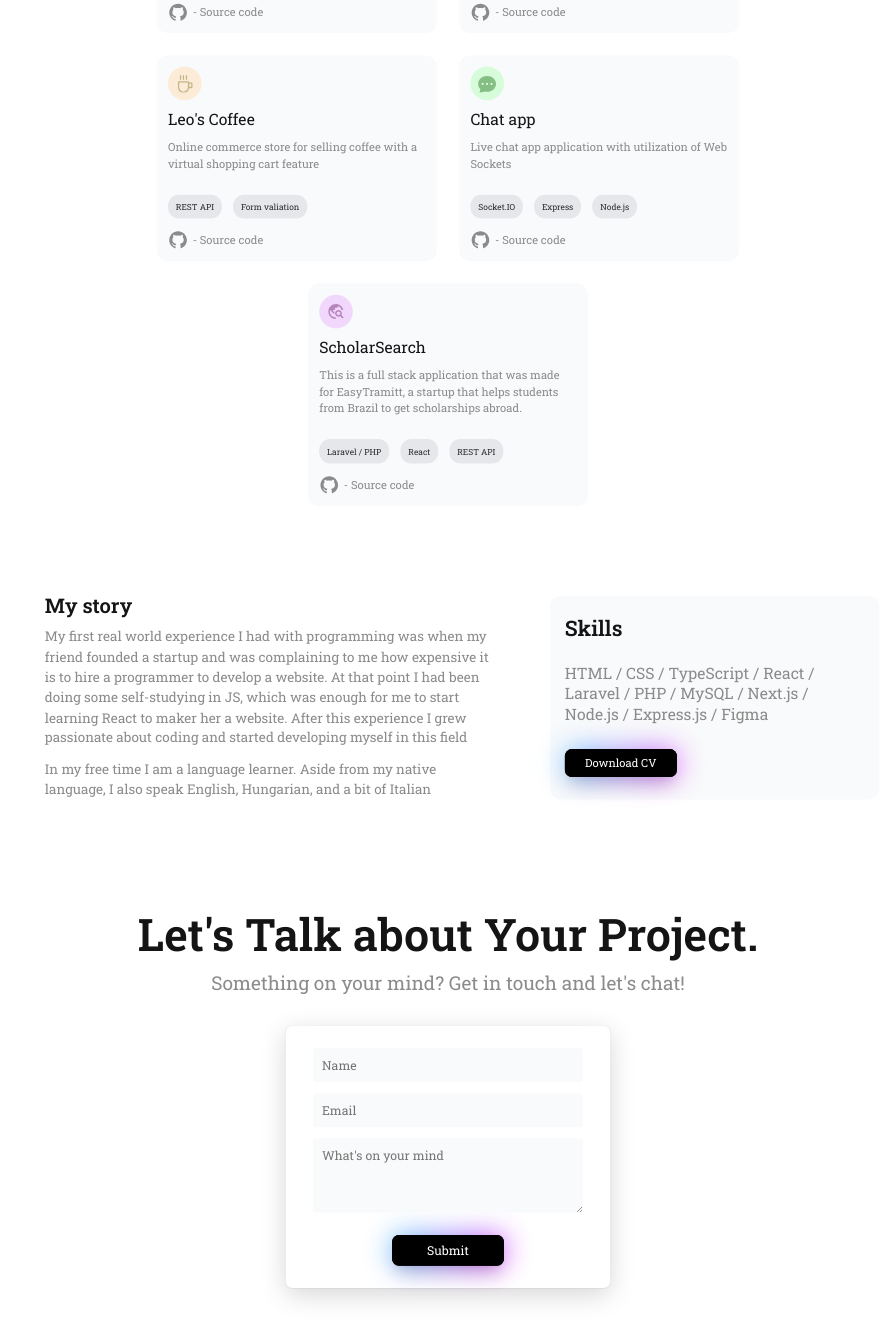
Repository: Leoka2000/portfolio-final
Page: /
The author's editor kept a copy of each file at every save. The page is drawn from the files as they stood at one save, then again after the next save.
The browser window is 1280 px wide. The pictures show the part of the page from y = 1073 to 2993 px (the page is 2993 px tall before and 2965 px after), at 70% of full size.
The page's requests for data from a server got no answer. Some web fonts or font styles are not loaded; a fallback is used. The project was rebuilt for these pictures with package versions that can differ from the ones it lists, and the page was loaded fresh each time. No one was signed in, and anything a server would have sent is missing. Also part of the build but not shown: src/App.css. Imported but missing from the stored project, and not drawn on this page: src/assets/LeoCV.pdf, src/assets/ScholarSearch.mp4.

Above is the page before, as saved 2023-05-11 19:31:17.

### public/index.html
<!DOCTYPE html>
<html lang="en">
  <head>
    <meta charset="utf-8" />
    <link rel="icon" href="%PUBLIC_URL%/favicon.ico" />
    <meta name="viewport" content="width=device-width, initial-scale=1" />
    <meta name="theme-color" content="#000000" />
    <meta
      name="description"
      content="Web site created using create-react-app"
    />
    <link rel="apple-touch-icon" href="%PUBLIC_URL%/logo192.png" />
    <!-- font -->
    <link rel="preconnect" href="https://fonts.googleapis.com">
    <link rel="preconnect" href="https://fonts.gstatic.com" crossorigin>
    <link href="https://fonts.googleapis.com/css2?family=Fira+Sans+Extra+Condensed:wght@300&family=Roboto+Condensed:wght@300&family=Roboto+Slab:wght@400;500;600&display=swap" rel="stylesheet">

    <!-- font -->
    <link rel="manifest" href="%PUBLIC_URL%/manifest.json" />

    <title>React App</title>
  </head>
  <body>
    <noscript>You need to enable JavaScript to run this app.</noscript>
    <div id="root"></div>
    <!--
      This HTML file is a template.
      If you open it directly in the browser, you will see an empty page.

      You can add webfonts, meta tags, or analytics to this file.
      The build step will place the bundled scripts into the <body> tag.

      To begin the development, run `npm start` or `yarn start`.
      To create a production bundle, use `npm run build` or `yarn build`.
    -->
  </body>
</html>

### src/pages/main/home.jsx
import React from 'react'
import Navbar from '../../compontents/navbar/navbar'
import Hero from './hero/hero'
import Work from './work/work-parent'
import About from './about/about'
import Contact from '../contact/contact'


const Home = () => {
  return (
    <>
      <Hero/>
      <Work/>
      <About/>
      <Contact/>
    </>
  )
}

export default Home

### src/compontents/navbar/navbar.css
.nav-navbar {
    display: flex;
    justify-content: flex-start;

    align-items: center;
    height: 90px;
}

.nav-navbar > span {
    display: flex;
    color: var(--h1);
    text-align: center;
    align-items: center;
    justify-content: center;
    background-color: #f5f5f5;
    font-weight: 300;
    padding: 9px 30px;
    border-radius: 30px;
    height: 2rem;
    gap: 1rem;
    width: auto;
    position: absolute;
    right: 30rem;

}
.nav-navbar > span > div {
width: 1.4rem;
border-radius: 100%;
background-color: rgb(101, 223, 101);
height: 1.4rem;
}
.dropdown-menu{
    position: absolute;
    right: 0;
    margin-right: 2rem;


}
.nav-dropdown {
    transform: none;
    transition: all 2s ease-in-out;
    margin-top: 1rem;
    background-color: #f5f5f5;
    position: absolute;
    top: 1;
    right: 0;
    border-radius: 10px;
    width: 10rem;
    height: 8.5rem;
    font-size: 1.2rem;
    transition: all .2s ease-in-out;
    box-shadow: rgba(0, 0, 0, 0.1) 0px 20px 25px -5px, rgba(0, 0, 0, 0.04) 0px 10px 10px -5px;
    opacity:1;
    transition:

     0s linear,
     1s linear;
}
.nav-dropdown::before {
    content: "";
z-index: -1;
position: absolute;
top: 0;
right: 0;
bottom: 0;
left: 0;
background: linear-gradient(-45deg,#e81cff,#40c9ff);
transform: translateZ(0) scale(.95);
filter: blur(20px);
opacity: .6;
transition: .3s;
border-radius: inherit;
transition: all 2s ease-in-out;

}
.dropdown{

    list-style: none;
    display: flex;
 flex-direction: column;
 padding: 1rem;
 transform: none;
 opacity:1;
    transition:

     0s linear,
     1s linear;


}

.dropdown > a {
    list-style: none;
    width: 84%;
    display: flex;
    padding: 0.5rem 1rem 0.5rem 0.7rem;
}
.dropdown > a > a {
    width: 100%;
}
.dropdown a:hover {
    background-color: rgb(219, 219, 219);
    cursor: pointer;
    border-radius: 10px;
    transition: 0.2s;
}
.nav-navbar > div > button {
    background-color: transparent;
    outline: none;
    border: none;
    display: flex;
    align-items: center;
    background-color: #f5f5f5;
    border-radius: 10px;

    padding: 0.8rem;
    justify-content: center;
    gap: 0.2rem;
    cursor: pointer;
    position: relative;
    transition: 0.3s;
}
.nav-navbar > div > button:hover {
background-color: rgb(228, 228, 228);
transform: scale(1.1);
}
.dropdown-menu > button > p {
    font-size: 1.2rem;

}
.dropdown-menu button svg {
    font-size: 1.5rem;
}

### src/pages/main/hero/hero.jsx
import React from 'react'
import {AiFillGithub} from 'react-icons/ai'
import {AiOutlineMail} from 'react-icons/ai'
import {AiFillLinkedin} from 'react-icons/ai'
import './hero.css'
import { Link } from 'react-scroll'

const hero = () => {
  return (
    <>
      <section className='hero-section'>
        <h1>Hi, I'm Leo, a front-end developer</h1>
        <p>I build things for the web primarily using React. Currently living in Hungary</p>
        <div className='icons-wrapper'>
          <a href='https://www.linkedin.com/in/leoreus/'><AiFillGithub/></a>
          <a href='https://github.com/Leoka2000'><AiOutlineMail/> </a>
          <a><AiFillLinkedin/></a>
        </div>
        <button className='hero-btn'> <Link to="contact" spy={true} smooth={true} offset={100} duration={500}>Hire me</Link></button>
      </section>
    </>
  )
}

export default hero

### src/pages/main/about/about.js
import React from 'react'
import './about.css'
import ThingsIDo from './thingsido/index'
import Skills from './skills/index'

const about = () => {
  return (
    <section id='about' className='about-section'>
      <ThingsIDo/>
      <Skills/>
    </section>
  )
}

export default about

### src/pages/main/hero/hero.css
.hero-section {
    display: flex;
    flex-direction: column;
    text-align: center;
    align-items: center;
    padding: 4rem 2rem 2rem 2rem;
    justify-content: center;
    gap: 1.5rem
}
.hero-section h1 {
    color: var(--h1);
    font-size: 5rem;
}
.hero-section p {
    color: var(--p);
    font-size: 2rem;
    line-height: 2.5rem;
    width: 80%;

}
.icons-wrapper {
    font-size: 2rem;
    color: var(--p);
    background-color: #f5f5f5;
    border-radius: 25px;
    align-items: center;
    padding: 0.8rem 0 0.5rem 0;
    width: 12rem;
    display: flex;
    justify-content: center;
    gap: 1rem;
    cursor: pointer;

}
.icons-wrapper a {
    text-decoration: none;
    color: var(--p);
}
.icons-wrapper svg {
    transition: 0.4s;
}
.icons-wrapper svg:hover {
    color: rgb(0, 0, 0);
}


.hero-section > button {
    font-family: 'Fira Sans Extra Condensed', sans-serif;

    font-family: 'Inter', sans-serif;

    font-family: 'Roboto Condensed', sans-serif;

    font-family: 'Roboto Slab', serif;

    display: flex;
    justify-content: center;
    align-items: center;
    color: white;
    font-size: 1.3rem;
    width: 10rem;
    height: 3.5rem;
    border-radius: 10px;
    outline: none;
    background-color: black;
    border: none;
    position: relative;
    cursor: pointer;
    transition: all .2s ease-in-out;
    box-shadow: rgba(0, 0, 0, 0.1) 0px 20px 25px -5px, rgba(0, 0, 0, 0.04) 0px 10px 10px -5px;
}
.hero-section > button::before {
    content: "";
z-index: -1;
position: absolute;
top: 0;
right: 0;
bottom: 0;
left: 0;
background: linear-gradient(-45deg, #e81cff, #40c9ff);
transform: translateZ(1) scale(.98);
filter: blur(20px);
opacity: .6;
transition: opacity .3s;
border-radius: inherit;
transition: all .2s ease-in-out;
}
.hero-section > button::after {

        content: "";
        z-index: -1;
        position: absolute;
        top: 0;
        right: 0;
        bottom: 0;
        left: 0;
        background: inherit;
        border-radius: inherit;
      }

.hero-section > button:hover {
transform: scale(1.1);
background-color: white;
color: black;
}



@media screen and (max-width: 1000px) {
    .hero-section > h1 {
        color: var(--h1);
        font-size: 2rem;
    }
    .hero-section > p {
        font-size: 1.2rem;
        line-height: 1.4rem;
    }

}

### src/pages/main/work/work.css
.work-section {
    display: flex;
    flex-direction: column;
    justify-content: center;
    padding: 4rem 1rem 1rem 1rem;

}
.work-section > header {
text-align: center;
font-size:2.5rem;
}

.work-main {
    padding-top: 4rem;
    display: flex;
    gap: 2rem;
    flex-wrap: wrap;
    justify-content: center;
}
.individual-wrapper {
    background-color: var(--background);
    width: 23rem;
    display: flex;
    justify-content: space-between;
    flex-direction: column;
gap: 1rem;
padding: 1rem;
border-radius: 15px;
height: auto;
transition: 0.5s;
}
.individual-wrapper:hover {
    transform: scale(1.02);
    background-color: rgb(241, 241, 241);

}
.individual-wrapper > h1 {
    font-size: 1.4rem;
    font-weight: 400;
}
.individual-wrapper > span {
    font-size: 1.6rem;
    background-color: var(--background-dark);
    border-radius: 100%;
    width: 3rem;
    height: 3rem;
    justify-content: center;
    align-items: center;
    display: flex;
}
.individual-wrapper > p {
    color: var(--p);
    line-height: 1.5rem;
}
.key-wrapper {
    display: flex;
    gap: 1rem
}
.key-wrapper > span {
    margin-top: 1rem;
    text-align: center;
    padding: 0.7rem;
    border-radius: 16px;
    width: auto;
    display: block;
    font-weight: 100;
    font-size: 0.75rem;
    background-color: var(--background-dark);
    color :rgb(43, 43, 43)
}

a { color: inherit;
text-decoration: none;
}
.individual-wrapper > a {
    font-size: 1.8rem;
    cursor: pointer;
    display: flex;
    color: var(--p);
    align-items: center;
    gap: 0.4rem;
    transition: 0.3s;
}
.individual-wrapper > a > p {
    color: var(--p);
    font-size: 1rem;
    transition: 0.3s;

}

.individual-wrapper > a:hover #hover {
    color: black;
}

.individual-wrapper > a:hover {
    color: black;
}
#work-1 {
    background-color: rgb(215, 232, 252);
    color: rgb(133, 190, 188);
}

#work-2 {
    background-color: rgb(215, 252, 217);
    color: rgb(133, 190, 133);
}
#work-3 {
    background-color: rgb(252, 235, 215);
    color: rgb(190, 184, 133);
}
#work-4 {
    background-color: rgb(215, 252, 217);
    color: rgb(133, 190, 133);
}
#work-5 {
    background-color: rgb(241, 215, 252);
    color: rgb(183, 133, 190);
}

  .video-overlay {
    position: fixed;
    top: 0;
    left: 0;
    width: 100%;
    height: 100%;
    background-color: rgba(0, 0, 0, 0.8);
    display: flex;
    justify-content: center;
    align-items: center;
    z-index: 9999;
  }

  .video-overlay video {
    max-width: 90%;
    max-height: 90%;
  }

  .video-overlay button {
    background-color: #fff;
    position: absolute;
    color: #000;
    border: none;
    right: 4rem;
    top: 12rem;
    padding: 10px 20px;
    font-size: 16px;
    border-radius: 4px;
    cursor: pointer;
  }

  .video-overlay button:hover {
    background-color: #000;
    color: #fff;
  }

### src/pages/main/work/projects/bionexus/index.jsx
import React from 'react'
import {FaBusinessTime} from 'react-icons/fa'
import {AiFillGithub} from 'react-icons/ai'

const index = () => {
  return (
    <a target='_blank' href='https://bionexusjr.com' className='individual-wrapper'>
    <span id='work-2'><FaBusinessTime/></span>
    <h1>BioNexusJr's landing page</h1>
    <p>Landing page for Hungary's first junior enterprise - BioNexusJr. Integrated with i18next's API for implementing a translation feature between English and Hungarian</p>
    <div className='key-wrapper'>
    <span>React</span>
      <span>i18next</span>
      <span>Firebase</span>
      <span>Form validation</span>
    </div>
    <a href='https://github.com/Leoka2000/BioNexus-s-Website'><AiFillGithub/><p id='hover'>- Source code</p></a>
  </a>
  )
}

export default index

### src/pages/main/work/projects/coffee/index.jsx
import React from 'react'
import {AiOutlineCoffee} from 'react-icons/ai'
import {AiFillGithub} from 'react-icons/ai'

const index = () => {
  return (
    <a target='_blank'  href='https://voluble-salamander-19402b.netlify.app/' className='individual-wrapper'>
      <span id='work-3'><AiOutlineCoffee/></span>
      <h1>Leo's Coffee</h1>
      <p>Online commerce store for selling coffee with a virtual shopping cart feature</p>
      <div className='key-wrapper'>
        <span>REST API</span>
        <span>Form valiation</span>
      </div>
      <a href='https://www.facebook.com/'><AiFillGithub/><p id='hover'>- Source code</p></a>
    </a>
  )
}

export default index

### src/pages/main/work/projects/chatapp/index.jsx
import React from 'react'
import {BsFillChatDotsFill} from 'react-icons/bs'
import {AiFillGithub} from 'react-icons/ai'

const index = () => {
  return (
    <a target='_blank'  href='https://idyllic-horse-830bac.netlify.app/' className='individual-wrapper'>
    <span id='work-4'><BsFillChatDotsFill/></span>
    <h1>Chat app</h1>
    <p>Live chat app application with utilization of Web Sockets</p>
    <div className='key-wrapper'>
      <span>Socket.IO</span>
      <span>Express</span>
      <span>Node.js</span>
    </div>
    <a href='https://www.facebook.com/'><AiFillGithub/><p id='hover'>- Source code</p></a>
  </a>
  )
}

export default index

### src/pages/main/work/projects/easy/index.jsx
import React, { useState } from 'react';
import { MdTravelExplore } from 'react-icons/md';
import { AiFillGithub } from 'react-icons/ai';
import video from '../../../../../assets/ScholarSearch.mp4';

const Index = () => {
  const [isVideoPlaying, setIsVideoPlaying] = useState(false);

  const handleVideoClick = () => {
    setIsVideoPlaying(true);
    disableScroll();
  };

  const handleQuitVideo = () => {
    setIsVideoPlaying(false);
    enableScroll();
  };

  const disableScroll = () => {
    document.body.style.overflow = 'hidden';
  };

  const enableScroll = () => {
    document.body.style.overflow = '';
  };

  return (
    <div>
      <a onClick={handleVideoClick}
        target="_blank"
        className="individual-wrapper"
      >
        <span id="work-5">
          <MdTravelExplore />
        </span>
        <h1>ScholarSearch</h1>
        <p>
          This is a full stack application that was made for EasyTramitt, a
          startup that helps students from Brazil to get scholarships abroad.
        </p>
        <div className="key-wrapper">
          <span>Laravel / PHP</span>
          <span>React</span>
          <span>REST API</span>
        </div>
        <a href="https://www.facebook.com/">
          <AiFillGithub />
          <p id="hover">- Source code</p>
        </a>
      </a>

      {isVideoPlaying && (
        <div className="video-overlay">
          <video src={video} controls autoPlay />
          <button onClick={handleQuitVideo}>Quit</button>
        </div>
      )}
    </div>
  );
};

export default Index;

### src/pages/main/work/projects/cryptoapp/index.jsx
import React from 'react'
import {SiBitcoin} from 'react-icons/si'
import {AiFillGithub} from 'react-icons/ai'

const index = () => {
  return (
    <a target='_blank'  href='https://regal-macaron-8fc4ed.netlify.app/' className='individual-wrapper'>
      <span id='work-1'><SiBitcoin/></span>
      <h1>CryptoApp</h1>
      <p>By consuming the CoinGecko API, the app provides live updates on different cryptocurrency informations</p>
      <div className='key-wrapper'>
      <span>TypeScript</span>
      <span>React</span>
        <span>CoinGecko API</span>
        <span>Axios</span>
      </div>
      <a href='https://github.com/Leoka2000/CryptoApp'><AiFillGithub/><p id='hover'>- Source code</p></a>
    </a>
  )
}

export default index

### src/pages/main/about/about.css
.about-section {
    display: flex;
    gap: 0.5rem;
    padding: 7rem 1.5rem 5rem 4rem;
}

.left {
    display: flex;
    flex-direction: column;
    width: 50rem;
    gap: 1rem;

}
.left > h1 {
    color: var(--h1);
    font-size: 1.8rem;
}
.left > p {
    line-height: 1.8rem;
    color: var(--p);
    font-size: 1.2rem;
    font-weight: normal;
    -webkit-font-smoothing: antialiased;
    -moz-osx-font-smoothing: grayscale;
    width: 90%;

}

.right {
    display:flex;
    flex-direction: column;
    background-color: var(--background);
    border-radius: 16px;
    gap:1.6rem;
    padding: 1.3rem;
    justify-content: space-evenly;
    z-index: 0;
    width: 30rem;

}
.right > h1 {
    font-size: 1.9rem;
}
.right > p {
    color: var(--p);
    font-size: 1.4rem;
    line-height: 1.8rem;
    width: 95%;
}
.right-btn {
    display: flex;
    justify-content: center;
    align-items: center;
    color: white;
    font-size: 1rem;
    width: 10rem;
    height: 2.5rem;
    border-radius: 10px;
    outline: none;

    background-color: black;
    border: none;
    position: relative;
    cursor: pointer;
    transition: all .2s ease-in-out;
    box-shadow: rgba(0, 0, 0, 0.1) 0px 20px 25px -5px, rgba(0, 0, 0, 0.04) 0px 10px 10px -5px;
    font-family: 'Fira Sans Extra Condensed', sans-serif;

    font-family: 'Inter', sans-serif;

    font-family: 'Roboto Condensed', sans-serif;

    font-family: 'Roboto Slab', serif;
}
.right-btn::before {
    content:"";
z-index: -1;
position: absolute;
top: 0;
right: 0;
bottom: 0;

left: 0;
background: linear-gradient(-45deg, #e81cff, #40c9ff);
transform: translateZ(1) scale(.98);
filter: blur(20px);
opacity: 0.8;
transition: opacity .3s;
border-radius: inherit;
transition: all .2s ease-in-out;
}
.right-btn::after {

        content: "";
        z-index: -1;
        position: absolute;
        top: 0;
        right: 0;
        bottom: 0;
        left: 0;
        background: inherit;
        border-radius: inherit;
      }

      .right-btn:hover {
transform: scale(1.1);
background-color: white;
color: black;
}




@media screen and (max-width: 1150px) {
    .right {
        width: 35rem;


    }
    .left {
        width: 40rem;
        padding-left: 1.5rem;
    }
}

@media screen and (max-width: 1000px) {
    .about-section {
        flex-direction: column;
        padding-left: 0rem;
    }
    .right {
        width: 90%;



    }
    .left {
        width: 90%;
        padding-bottom: 1.5rem;


    }
    .left > p {
        width: 100%;
    }

    .right-btn {
        width: 13rem;
    }

    .right > p {

        font-size: 1.2rem;

    }
}

### src/pages/main/about/thingsido/index.jsx
import React from 'react'

const index = () => {
  return (
    <div className='left'>
            <h1>My story</h1>
            <p>My first real world experience I had with programming was when my friend founded a startup and was complaining to me how expensive it is to hire a programmer to develop a website. At that point I had been doing some self-studying in JS, which was enough for me to start learning React to maker her a website. After this experience I grew passionate about coding and started developing myself in this field</p>
            <p>In my free time I am a language learner. Aside from my native language, I also speak English, Hungarian, and a bit of Italian</p>
        </div>
  )
}

export default index

### src/pages/main/about/skills/index.jsx
import React from 'react'
import CV from '../../../../assets/LeoCV.pdf'
import './index.css'



const index = () => {
    return (
        <div className='right'>
            <h1>Skills</h1>
            <p>HTML / CSS / TypeScript / React / Laravel / PHP / MySQL / Next.js / Node.js / Express.js / Figma</p>
            <a href={CV} download className='right-btn'>Download CV</a>
        </div>
    )
}

export default index

### src/pages/contact/contact.css
.contact-session {
    padding: 5rem 1rem 5rem 1rem;
}
.contact-header {
    text-align: center;
    font-size: 1.2rem;
    gap: 1.5rem;
    display: flex;
    flex-direction: column;
}
.contact-header > h1 {
    font-size: 4rem;
    color: var(--h1);
}
.contact-header > p {
    color: var(--p);
    font-size: 1.7rem;
}
.contact-main {
    padding-top: 3rem;
    display: flex;
    justify-content: center;

}
.form {
    display: flex;
    flex-direction: column;
    justify-content: center;
    align-items: center;
    gap: 1rem;
    width: 25rem;
    box-shadow: rgba(0, 0, 0, 0.16) 0px 10px 36px 0px, rgba(0, 0, 0, 0.06) 0px 0px 0px 1px;
    padding: 2rem;
    border-radius: 10px;

}
.input {
    padding: 0.8rem;
    width: 22.5rem;
    outline: 2px solid transparent;
outline-offset: 2px;
border: none;
background-color: var(--background);
border-radius: 4px;
font-size: 1.1rem;
font-family: 'Fira Sans Extra Condensed', sans-serif;

  font-family: 'Inter', sans-serif;

  font-family: 'Roboto Condensed', sans-serif;

  font-family: 'Roboto Slab', serif;

}
.textarea {
padding: 0.8rem;
    width: 22.5rem;
    height: 5rem;
    outline: 2px solid transparent;
outline-offset: 2px;
border: none;
background-color: var(--background);
border-radius: 4px;
font-family: 'Fira Sans Extra Condensed', sans-serif;
font-size: 1.1rem;
  font-family: 'Inter', sans-serif;

  font-family: 'Roboto Condensed', sans-serif;

  font-family: 'Roboto Slab', serif;
}

.error {
  text-align:end;
   color: red;
}
.success {
 color: rgb(16, 184, 80);
 padding-bottom: 0.5rem;
}
.contact-btn {
    font-family: 'Fira Sans Extra Condensed', sans-serif;

    font-family: 'Inter', sans-serif;

    font-family: 'Roboto Condensed', sans-serif;

    font-family: 'Roboto Slab', serif;

    display: flex;
    justify-content: center;
    align-items: center;
    color: white;
    font-size: 1.1rem;
    width: 10rem;
    height: 2.8rem;
    border-radius: 10px;
    outline: none;
    background-color: black;
    border: none;
    position: relative;
    cursor: pointer;
    transition: all .2s ease-in-out;
    box-shadow: rgba(0, 0, 0, 0.1) 0px 20px 25px -5px, rgba(0, 0, 0, 0.04) 0px 10px 10px -5px;
    margin-top: 1rem;
}

.contact-btn::before {
    content: "";
z-index: -1;
position: absolute;
top: 0;
right: 0;
bottom: 0;
left: 0;
background: linear-gradient(-45deg, #e81cff, #40c9ff);
transform: translateZ(1) scale(.9);
filter: blur(20px);
opacity: .9;
transition: opacity .3s;
border-radius: inherit;
transition: all .2s ease-in-out;
}
.contact-btn::after {

        content: "";
        z-index: -1;
        position: absolute;
        top: 0;
        right: 0;
        bottom: 0;
        left: 0;
        background: inherit;
        border-radius: inherit;
      }

.contact-btn:hover {
transform: scale(1.1);
background-color: white;
color: black;
}

@media screen and (max-width: 600px) {

    .contact-header > h1 {

        font-size: 2.5rem;
    }
    .contact-header > p {
        line-height: 2rem;
        font-size: 1.6rem;
    }

}
@media screen and (max-width: 400px) {
    .input, .textarea {
        width: 18rem;
    }
}

Loaded but not shown: src/index.js (common file); src/index.css (common file); src/App.js (common file); src/pages/contact/inputs/index.js (55 lines, source omitted); src/compontents/navbar/navbar.js (35 lines, source omitted); src/pages/main/work/work-parent.js (32 lines, source omitted); src/firebaseConfig.js (27 lines, source omitted); src/pages/contact/contact.js (22 lines, source omitted); src/pages/main/about/skills/index.css (no stored copy; drawn as an empty file)

After the next save:
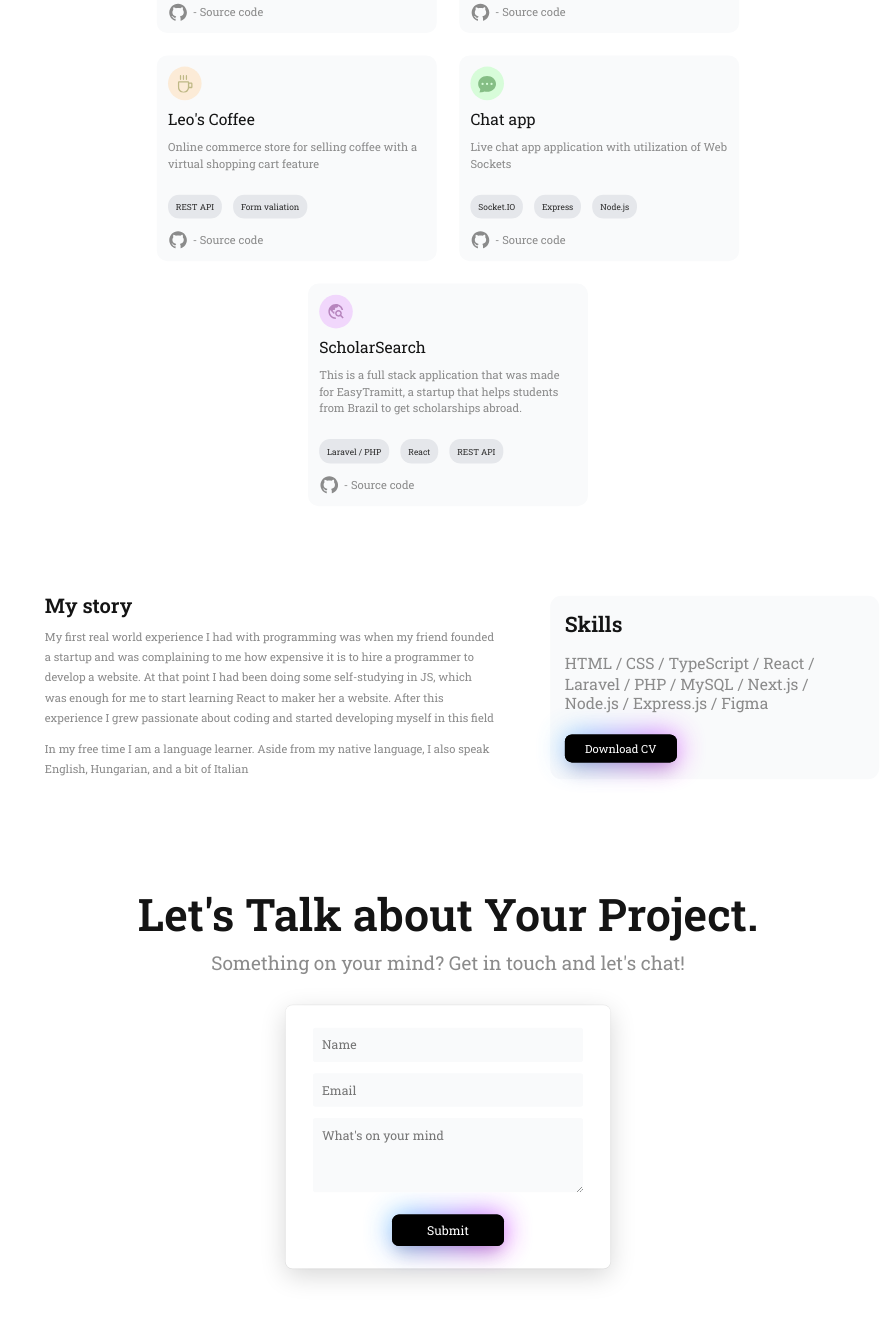
Saved 32 s later.
--- a/src/pages/main/about/about.css
+++ b/src/pages/main/about/about.css
@@ -18,7 +18,7 @@
 .left > p {
     line-height: 1.8rem;
     color: var(--p);
-    font-size: 1.2rem;
+    font-size: 1rem;
     font-weight: normal;
     -webkit-font-smoothing: antialiased;
     -moz-osx-font-smoothing: grayscale;
